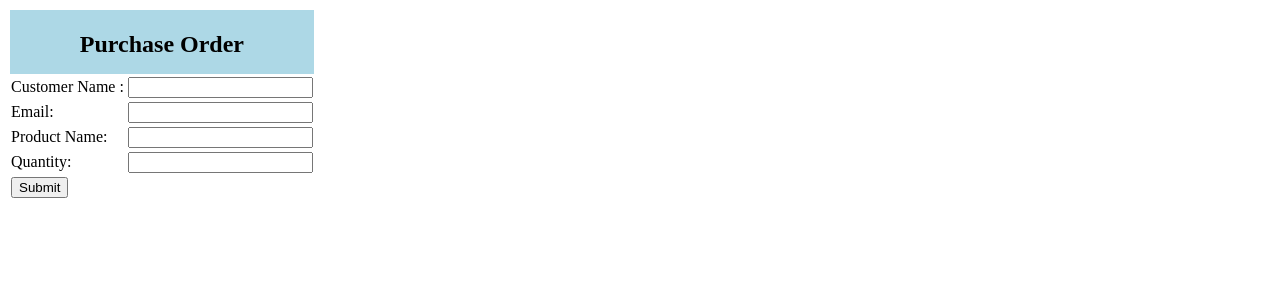
Repository: FatCat0712/JSP
Page: http://localhost/bai_20/
The author's editor kept a copy of each file at every save. The page is drawn from the files as they stood at one save, then again after the next save.
The browser window is 1280 px wide. The pictures show the whole page.
The page is served by Tomcat 9.

Above is the page before, as saved 2024-04-22 01:28:47.

### bai_20/src/main/webapp/index.jsp
<%@ page language="java" contentType="text/html; charset=UTF-8"
    pageEncoding="UTF-8"%>
<!DOCTYPE html>
<html>
<head>
<meta charset="UTF-8">
<title>Insert title here</title>
<style>
	body{
		align-self: center;
	}
</style>
</head>
<body>
<form action="trangDatHang.jsp" method="post">
	<table>
		<tr>
			<td colspan="2" style="background-color: lightblue; text-align: center">
				<h2 style="margin-bottom: 15px">Purchase Order</h2>
			</td>
		</tr>
		<tr>
			<td>
				<label>Customer Name : </label>
			</td>
			<td>
				<input type="text" name="name"/>
			</td>
		</tr>
		<tr>
			<td>
				<label>Email: </label>
			</td>
			<td>
				<input type="email" name="email"/>
			</td>
		</tr>
		<tr>
			<td>
				<label>Product Name: </label>
			</td>
			<td>
				<input type="text" name="productName"/>
			</td>
		</tr>
		<tr>
			<td>
				<label>Quantity: </label>
			</td>
			<td>
				<input type="number" name="quantity"/>
			</td>
		</tr>
		<tr>
			<td>
				<input type="submit" value="Submit"/>
			</td>
		</tr>
	</table>
</form>

</body>
</html>

After the next save:
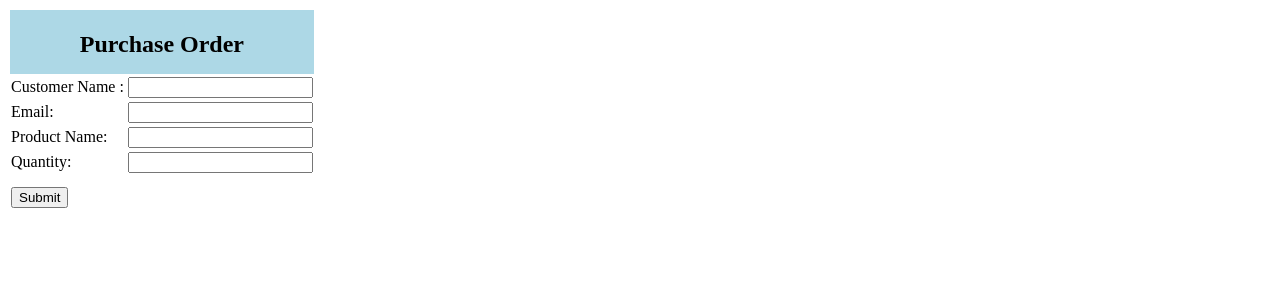
Saved 43 s later.
--- a/bai_20/src/main/webapp/index.jsp
+++ b/bai_20/src/main/webapp/index.jsp
@@ -53,7 +53,7 @@
 		</tr>
 		<tr>
 			<td>
-				<input type="submit" value="Submit"/>
+				<input type="submit" value="Submit" style="margin-top: 10px"/>
 			</td>
 		</tr>
 	</table>
